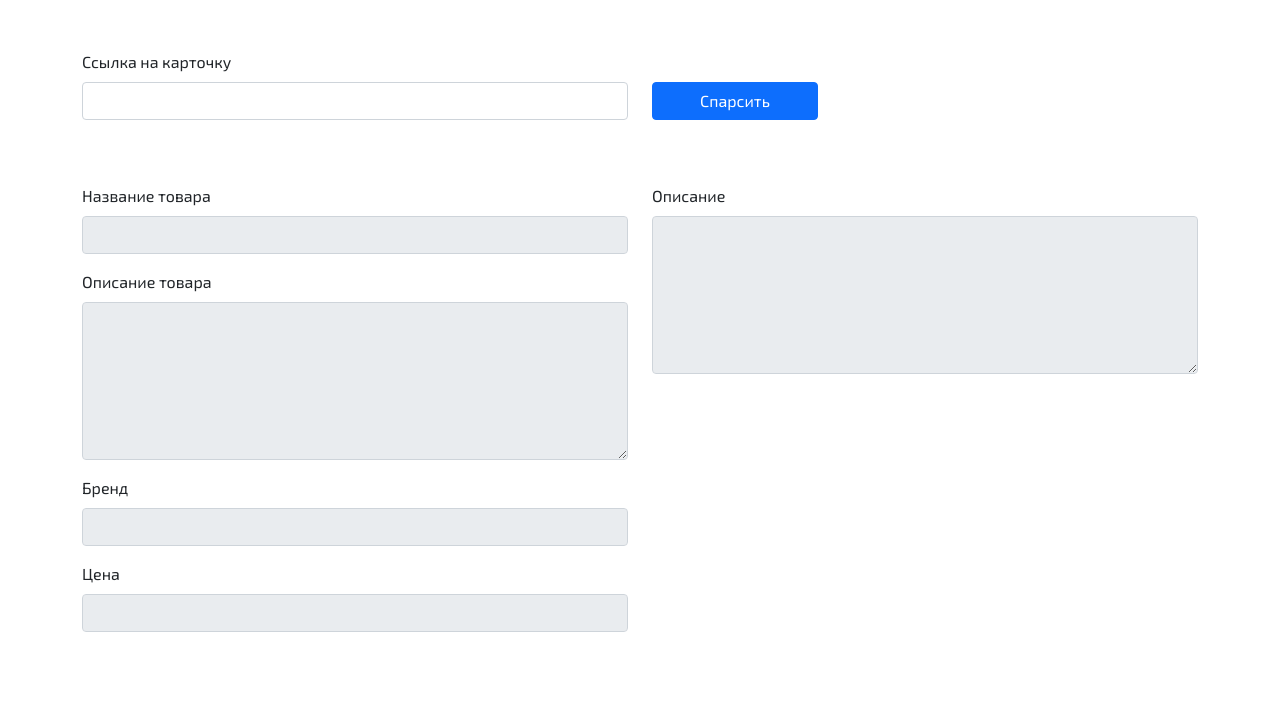
Repository: yozuul/wildberries-product-card-parser-api-exchange
Page: public/index.html
The author's editor kept a copy of each file at every save. The page is drawn from the files as they stood at one save, then again after the next save.
The browser window is 1280 px wide. The pictures show the whole page.

Above is the page before, as saved 2021-08-18 20:13:38.

### public/index.html
<!DOCTYPE html>
<html lang="en">

<head>
   <meta charset="UTF-8">
   <meta http-equiv="X-UA-Compatible" content="IE=edge">
   <meta name="viewport" content="width=device-width, initial-scale=1.0">
   <title>Document</title>
   <link href="https://cdn.jsdelivr.net/npm/bootstrap@5.1.0/dist/css/bootstrap.min.css" rel="stylesheet"
      integrity="sha384-KyZXEAg3QhqLMpG8r+8fhAXLRk2vvoC2f3B09zVXn8CA5QIVfZOJ3BCsw2P0p/We" crossorigin="anonymous">
   <link rel="stylesheet" href="style.css">
</head>

<body>
   <div class="container">
      <form class="row parser_form_wrapper align-items-end">
         <div class="mb-3 col-6">
            <label for="cardProductURL" class="form-label">Ссылка на карточку</label>
            <input type="text" class="form-control" id="cardProductURL">
         </div>
         <div class="col-2 mb-3">
            <button type="submit" class="btn btn-primary col-12">Спарсить</button>
         </div>
      </form>
   </div>
   <form class="container mt-5">
      <div class="row">
         <div class="col">
            <div class="mb-3">
               <label for="productName" class="form-label">Название товара</label>
               <input type="text" class="form-control" id="productName" readonly>
            </div>
            <div class="mb-3">
               <label for="productDesc" class="form-label">Описание товара</label>
               <textarea type="text" class="form-control" id="productDesc" rows="6" readonly></textarea>
            </div>
            <div class="mb-3">
               <label for="productBrand" class="form-label">Бренд</label>
               <input type="text" class="form-control" id="productBrand" readonly>
            </div>
            <div class="mb-3">
               <label for="productPrice" class="form-label">Цена</label>
               <input type="text" class="form-control" id="productPrice" readonly>
            </div>
            <div class="mb-3">
               <label for="productImages" class="form-label dn">Изображения</label>
               <!-- <input type="text" class="form-control" id="productImages"> -->
            </div>
         </div>
         <div class="col">
            <label for="productName" class="form-label">Описание</label>
            <textarea type="text" class="form-control" id="productDesc" rows="6" readonly></textarea>
         </div>
      </div>
   </form>
   <script src="index.js"></script>
</body>
</html>

### public/style.css
@import url('https://fonts.googleapis.com/css2?family=Exo+2&display=swap');

* {
   font-family: 'Exo 2', sans-serif;
}

body {
   padding: 0;
   margin: 0;
}
.dn {
   display: none;
}
.parser_form_wrapper {
   margin-top: 50px;
}
/* .productFormWrapper, .parseFormWrapper {
   max-width: 1200px;
   margin: auto;
   padding-top: 25px;
   padding-bottom: 25px;
}
.parseFormWrapper {
   border-bottom: 1px dotted #9999;
}
.productFormWrapper {
   display: flex;
}
.productFormWrapperLeft {
   margin-right: 50px;
}
.parseForm {
   display: flex;
   flex-wrap: wrap;
   max-width: 550px;
}
.parseForm input {
   width: 550px;
   margin-bottom: 20px;
}
.productForm {
}
.productForm input, .productForm textarea {
   width: 550px;
}
.productForm textarea {
   height: 100px;
   resize: none;
}
.parseFormWrapper p, .productFormWrapper p {
   margin-bottom: 8px;
   margin-top: 0;
}
.inputWrapper {
   margin-bottom: 15px;
} */

Loaded but not shown: index.js (no copy from this time; the picture is the same without it)

After the next save:
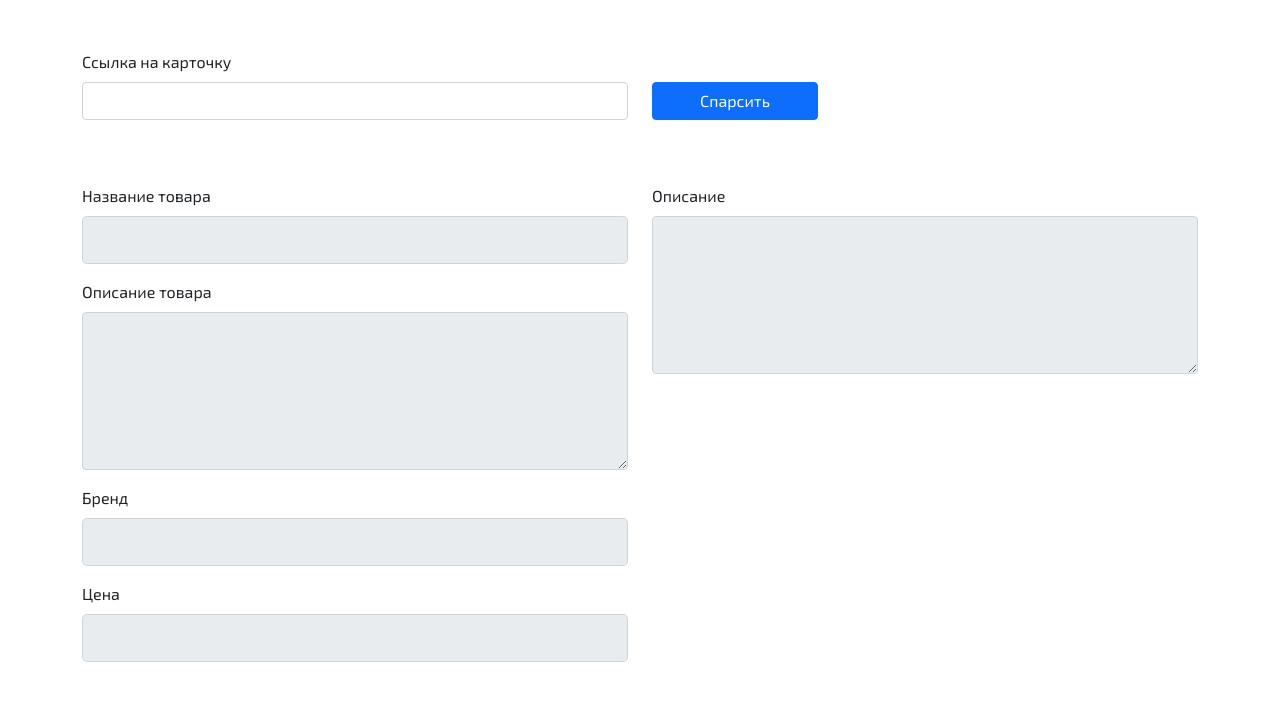
Saved 29 s later.
--- a/public/index.html
+++ b/public/index.html
@@ -28,19 +28,19 @@
          <div class="col">
             <div class="mb-3">
                <label for="productName" class="form-label">Название товара</label>
-               <input type="text" class="form-control" id="productName" readonly>
+               <input type="text" class="form-control form-control-lg" id="productName" readonly>
             </div>
             <div class="mb-3">
                <label for="productDesc" class="form-label">Описание товара</label>
-               <textarea type="text" class="form-control" id="productDesc" rows="6" readonly></textarea>
+               <textarea type="text" class="form-control" form-control-lg id="productDesc" rows="6" readonly></textarea>
             </div>
             <div class="mb-3">
                <label for="productBrand" class="form-label">Бренд</label>
-               <input type="text" class="form-control" id="productBrand" readonly>
+               <input type="text" class="form-control form-control-lg" id="productBrand" readonly>
             </div>
             <div class="mb-3">
                <label for="productPrice" class="form-label">Цена</label>
-               <input type="text" class="form-control" id="productPrice" readonly>
+               <input type="text" class="form-control form-control-lg" id="productPrice" readonly>
             </div>
             <div class="mb-3">
                <label for="productImages" class="form-label dn">Изображения</label>
